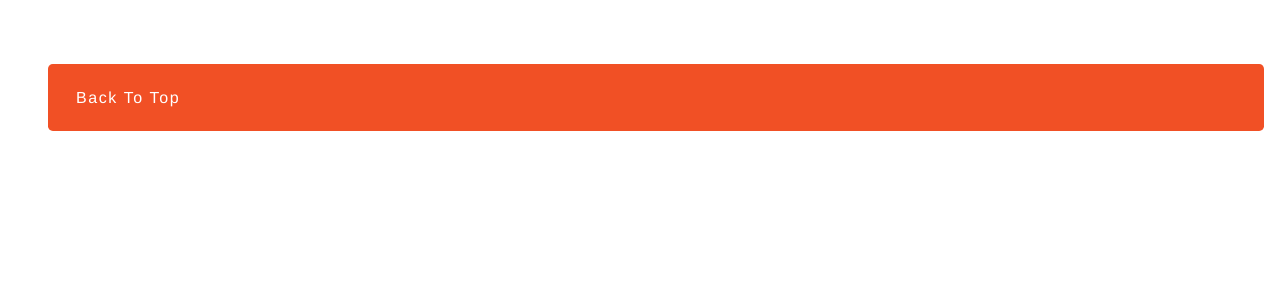
Repository: Ndifoinhilary/css_grid
Page: css-grid-learn/index.html
An editor plug-in stored every save of this project. The page is shown before and after the next save, followed by the edit.
The browser window is 1280 px wide. The pictures show the whole page.

Above is the page before, as saved 2024-01-28 09:41:17.

After the next save:
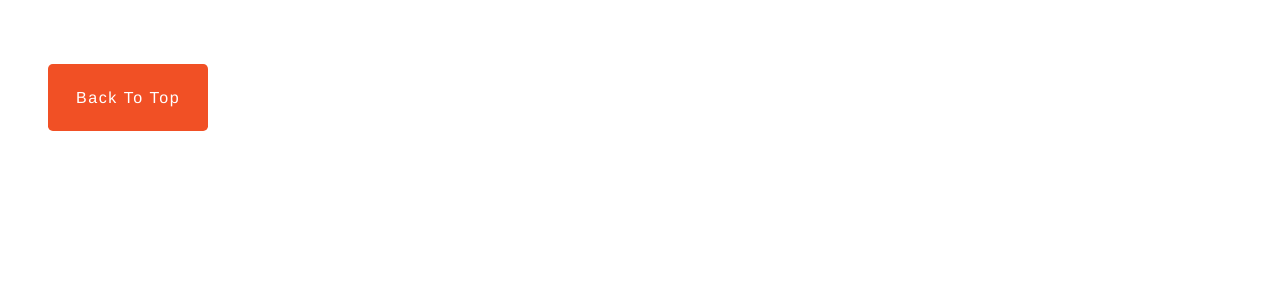
Saved 73 s later.
--- a/css-grid-learn/main.css
+++ b/css-grid-learn/main.css
@@ -69,7 +69,7 @@ p{
 }
 
 .btn{
-    display: block;
+    display: inline-block;
     background: var(--primaryColor);
     color: var(--mainWhite);
     padding: 0.357rem 0.75rem;
